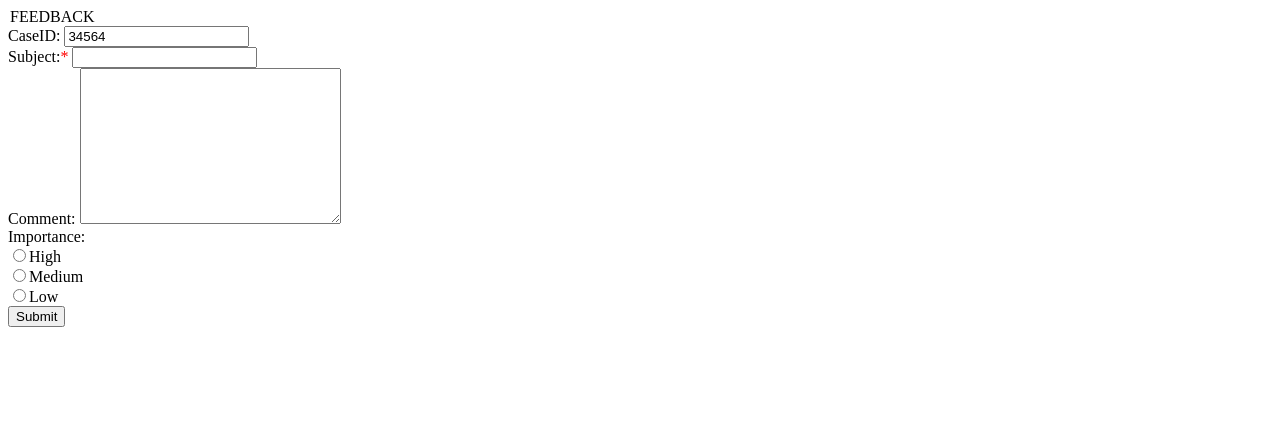
Repository: vRia4/INST728J-Victoria-Nathaniel
Page: Assignments/feedback1.html
These files come from the project's save history. The page is drawn as it stood at one moment and after the next save; the edit follows.
The browser window is 1280 px wide. The pictures show the whole page.

Above is the page before, as saved 2023-08-04 20:37:52.

After the next save:
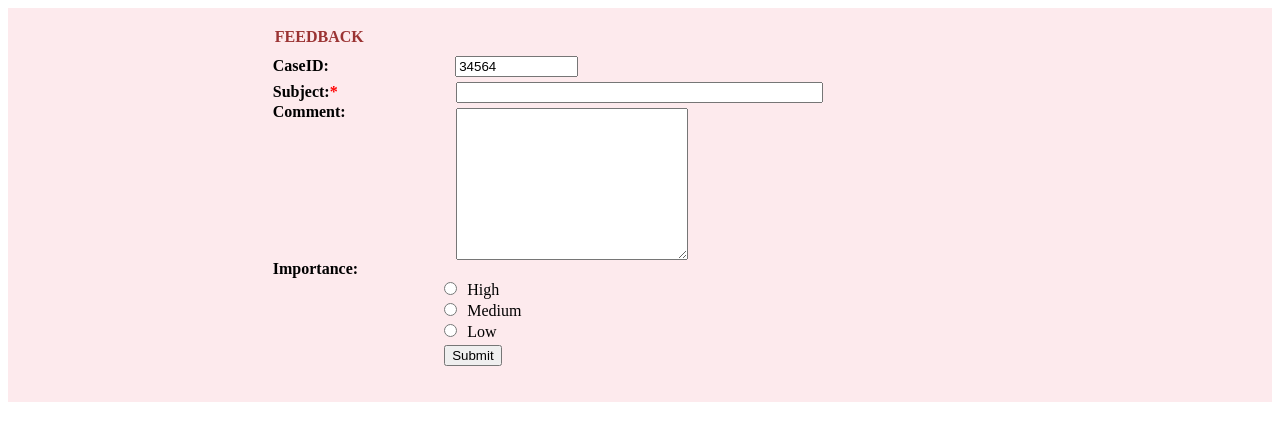
Saved 8 min 21 s later.
--- a/Assignments/feedback1.html
+++ b/Assignments/feedback1.html
@@ -2,8 +2,7 @@
 <head>
 <title>Feedback</title>
 <head>
-
-    <!-- <style>
+    <style>
         .wrapper {
             background-color:rgb(253, 234, 237);
             padding: 20px;
@@ -52,22 +51,22 @@
             margin-top: 4px;
         }
 
-    </style> -->
+    </style>
 </head>
 <body>
-    <!-- <div class="wrapper"> -->
+    <div class="wrapper">
         <legend class="title">FEEDBACK</legend>
 
-        <form onsubmit="return validateForm()" action="#" method="POST">
+        <form name="myFirstForm" method="post" action="ThankYou1.html">
             <label for="caseID" > CaseID: </label>
-	        <input type="num" name="id" value="34564" required><br>
+	        <input type="num" value="34564"><br>
 
             <label for="subject">Subject:<span style="color: red;">*</label>
-            <input type="class" name="subject" placeholder=" " required> </br>
+            <input type="class" placeholder=" "> </br>
 
             <div class="textbox">
                 <label for="comment">Comment:</label>
-                <textarea id="comment" name="comment" rows="10" cols="30" required></textarea> </br>
+                <textarea id="comment" name="comment" rows="10" cols="30"></textarea> </br>
             </div>
 
             <label for="importance"> Importance:</label><br>
@@ -79,31 +78,6 @@
 
         </form>
     </div>
-    <script >
-        // Form validation code will come here.
-        function validate() {
-            const IDInput = document.getElementById("id");
-            const subInput = document.getElementById("subject");
-            const commInput = document.getElementById("comment");
 
-            if( IDInput == "" ) {
-                alert( "Please enter your caseID!" );
-                IDInput.focus() ;
-                return false;
-            }
-            if( subInput == "" ) {
-                alert( "Please enter the Subject title!" );
-                subInput.focus() ;
-                return false;
-            }
-            if( commInput == "" ) {
-                alert( "Please provide a comment!" );
-                commInput.focus() ;
-                return false;
-            }
-            return true;
-        }
-     //-->
-  </script>
 </body>
 </html>
